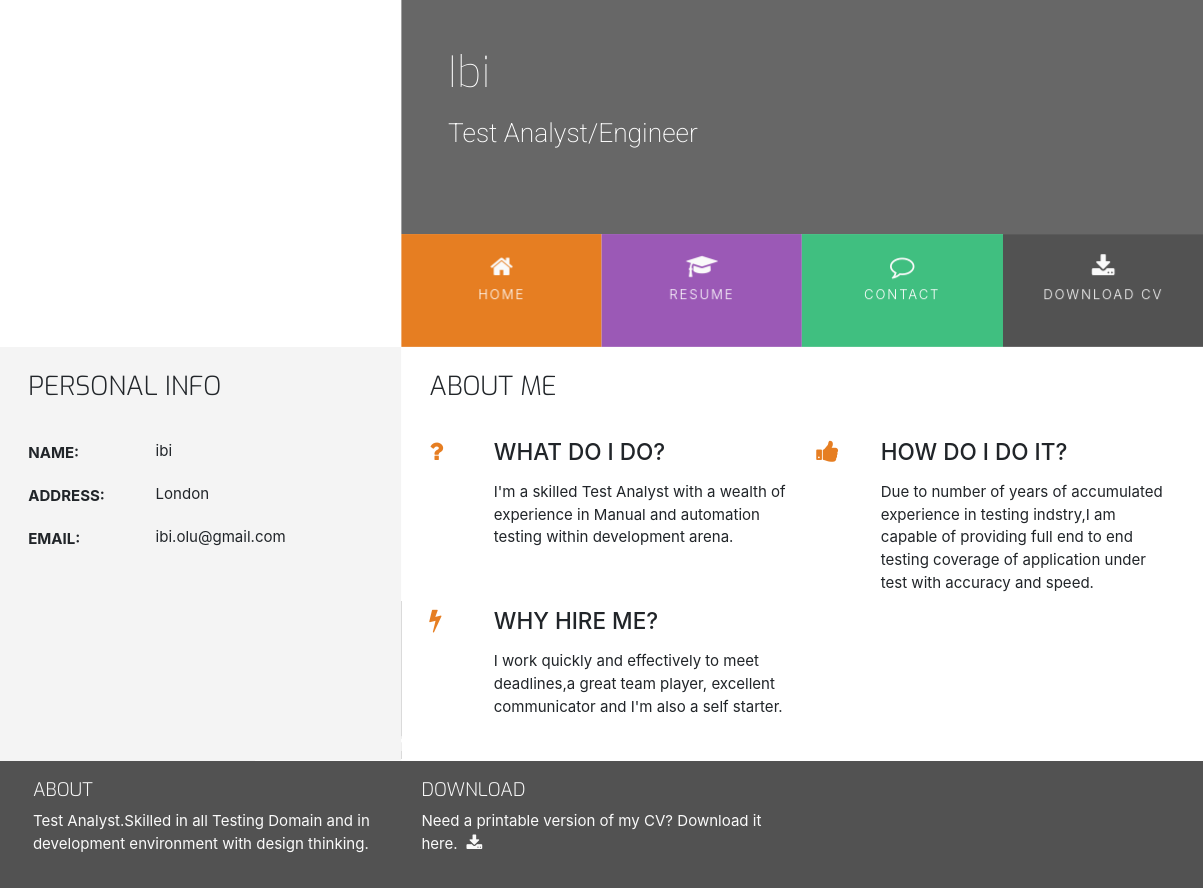
Repository: daat2/ccvitae
Page: index.html
The author's editor kept a record of every edit. The page is drawn from the files as they stood at one moment, then again after the next edit.
The browser window is 1280 px wide. The pictures show the whole page, at 94% of full size.
Some web libraries are served in a nearby version.

Above is the page before.

After the next edit:
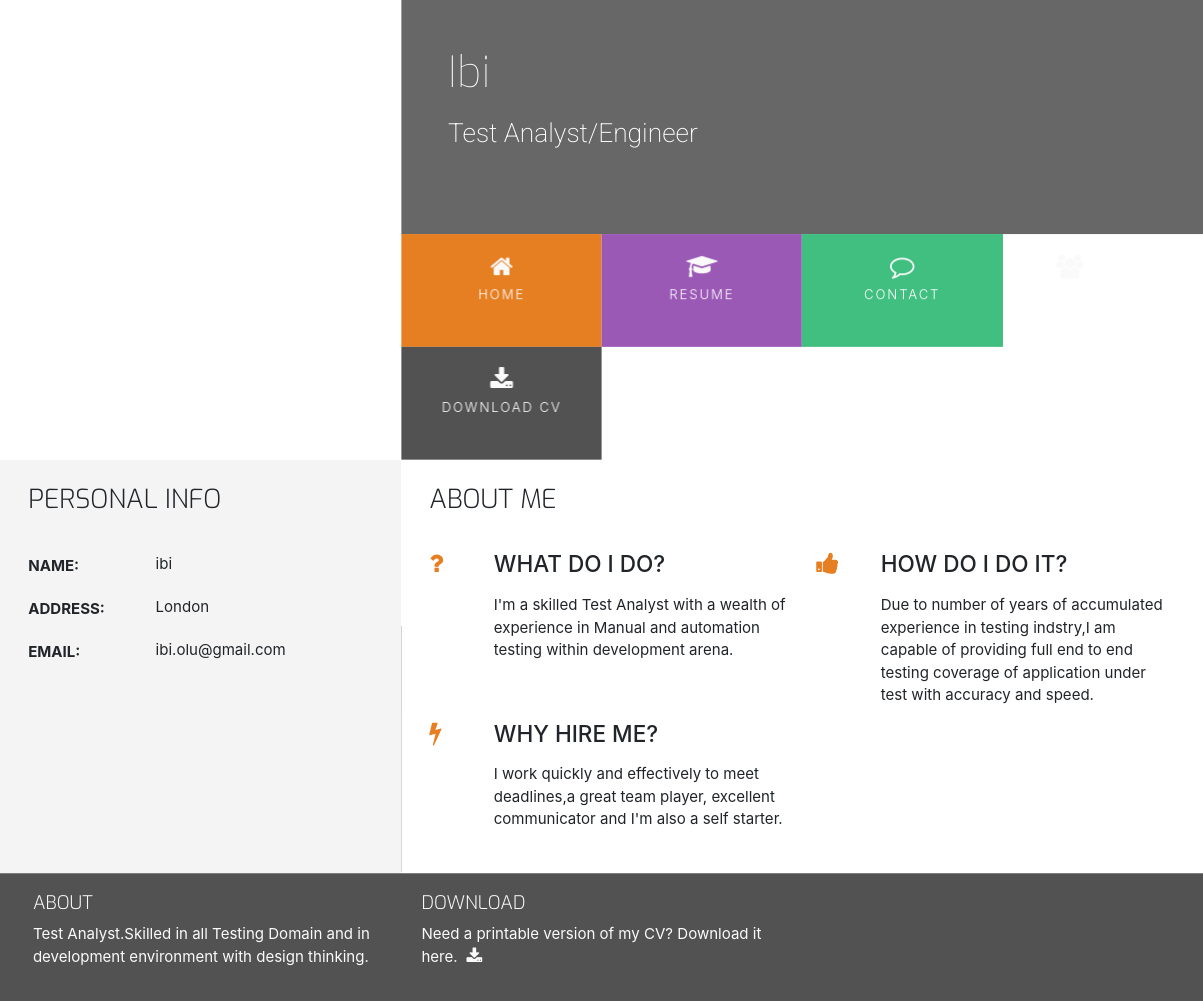
The edit:
--- a/index.html
+++ b/index.html
@@ -33,6 +33,9 @@
 	                            <li class="col-6 col-sm-3 list-inline-item ui-menu-color-contact menuitem">
 	                                <a href="contact.html" class="hvr-sweep-to-bottom"><i class="fa fa-comment-o" aria-hidden="true"></i><span>Contact</span></a>
 	                            </li>
+	                            <li class="col-6 col-sm-2 ui-menu-color-interests list-inline-item menuitem">
+                                <a href="interests.html" class="hvr-sweep-to-bottom"><i class="fa fa-users" aria-hidden="true"></i><span>Interests</span></a>
+                            </li>
 	                            <li class="col-6 col-sm-3 list-inline-item ui-menu-color-download menuitem">
 	                                <a href="assets/cv/cv-current.pdf" target="_blank" class="hvr-sweep-to-bottom"><i class="fa fa-download" aria-hidden="true"></i><span>Download CV</span></a>
 	                            </li>
